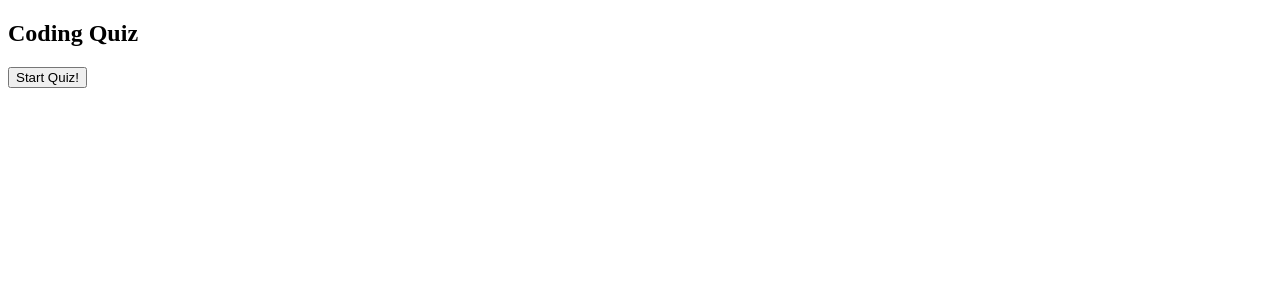
Repository: ziffoit/Code-Quiz
Page: index.html
An editor plug-in stored every save of this project. The page is shown before and after the next save, followed by the edit.
The browser window is 1280 px wide. The pictures show the whole page.

Above is the page before, as saved 2021-03-13 14:57:39.

### index.html
<!DOCTYPE html>
<html lang="en">
  <head>
    <meta charset="UTF-8" />
    <meta name="viewport" content="width=device-width, initial-scale=1.0" />
    <link rel="stylesheet" href="./Assets/style.css" />
    <title>Document</title>
  </head>
  <body>
    <header>
      <p class="timer"></p>
    </header>
    <!-- hide this section -->
    <section id="titlePage">
      <h1>Coding Quiz</h1>
      <p></p>
      <button id="startQuiz">Start Quiz!</button>
    </section>
    <section id="quizSection">
      <h1 id="quizQuestion"></h1>
      <div id="previousResult"></div>
    </section>
    <section id="endPage">
      <h1>Finish!</h1>
      <p>Your final score is:</p>
      <p id="finalScore"></p>
      <form id="yourScore">
        <input type="text" id="initials" />
        <button>Submit</button>
      </form>
    </section>
    <script src="./Assets/script.js"></script>
  </body>
</html>

### Assets/script.js
var timerCount = 60
var previousResult = document.querySelector("#previousResult")
var startQuizBtn = document.querySelector("#startQuiz")
var titlePage = document.querySelector("#titlePage")
var quizQuestion = document.querySelector("#quizQuestion")
var quizSection = document.querySelector("#quizSection")
var timer;
var timerElement = document.querySelector(".timer")
var endPage = document.querySelector("#endPage")
var finalScore = document.querySelector("#finalScore")
var questionsArray = [
    {
        question:"Commonly used data types DO NOT include:",
        answer:["strings", "booleans", "alerts", "numbers"],
        correctAnswer:"alerts"
    },
    {
        question:"The condition within an if/else statement is enclosed within:",
        answer:["quotes", "curly brackets", "parentheses", "square brackets"],
        correctAnswer:"parentheses"
    },
    {
        question:"Arrays in JavaScript can be used to store:",
        answer:["numbers and strings", "other arrays", "booleans", "all of the above"],
        correctAnswer:"all of the above"
    },
]
var questionTracker = 0
endPage.setAttribute("class", "hidden")
//executed when start button is clicked
// local storage for keeping highscores
function startQuiz() {
    titlePage.setAttribute("class", "hidden")
    timer = setInterval(startTimer, 1000)
    timerElement.textContent = timerCount
    //hide titlePage section show question 1
    previousResult.textContent = ""
    renderQuestion()
}

function startTimer() {
    timerCount--
    timerElement.textContent = timerCount
      if (timerCount <= 0) {
        // Clears interval through renderEndPage
        renderEndPage()
      }
    }
function renderQuestion() {
    if (questionTracker >= questionsArray.length){
        renderEndPage()
        return
    }
    var currentQuestion = questionsArray[questionTracker]
    quizQuestion.textContent = currentQuestion.question
    for (let i = 0; i < currentQuestion.answer.length; i++) {
        const answer = currentQuestion.answer[i];
        var button = document.createElement("button")
        button.textContent = answer
        button.className = "questionAnswer"
        quizSection.append(button)
        if (answer === currentQuestion.correctAnswer) {
            button.addEventListener("click", correctAnswer)
        } else {
            button.addEventListener("click", incorrectAnswer)
        }
        // when user clicks button for next question questionTracker++
    }
}

function removeButtons() {
    var buttons = document.getElementsByClassName("questionAnswer")
    while (buttons.length > 0) {
        buttons[0].remove()
    }
}

function loadNextQuestion() {
    questionTracker++
    removeButtons()
    renderQuestion()
}

function correctAnswer() {
    loadNextQuestion()
    previousResult.textContent = "Correct!"

}
//timer penalty for wrong answer
function incorrectAnswer() {
    loadNextQuestion()
    previousResult.textContent = "Incorrect!"
    timerCount = timerCount - 20

}
// end of quiz
function renderEndPage() {
    var score = timerCount
    finalScore.textContent = score
    quizSection.setAttribute("class", "hidden")
    timerElement.setAttribute("class", "hidden")
    clearInterval(timer)
    endPage.removeAttribute("class")

}

startQuizBtn.addEventListener("click", startQuiz)

Loaded but not shown: Assets/style.css (common file)

After the next save:
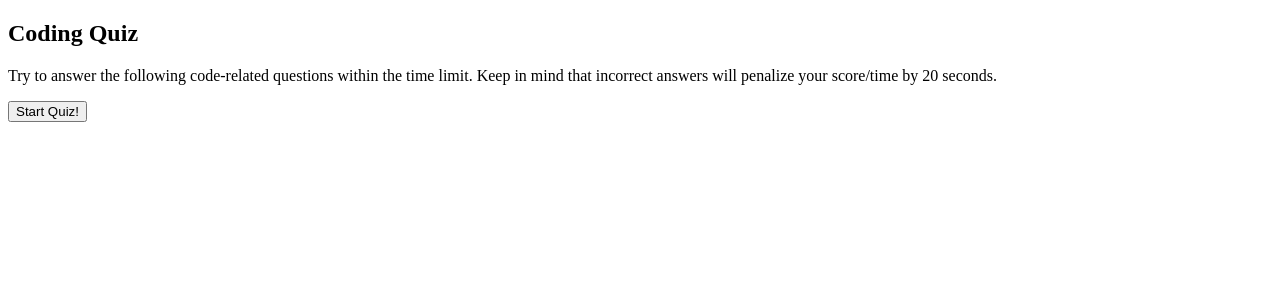
Saved 3 h 6 min later.
--- a/index.html
+++ b/index.html
@@ -13,7 +13,11 @@
     <!-- hide this section -->
     <section id="titlePage">
       <h1>Coding Quiz</h1>
-      <p></p>
+      <p>
+        Try to answer the following code-related questions within the time
+        limit. Keep in mind that incorrect answers will penalize your score/time
+        by 20 seconds.
+      </p>
       <button id="startQuiz">Start Quiz!</button>
     </section>
     <section id="quizSection">
